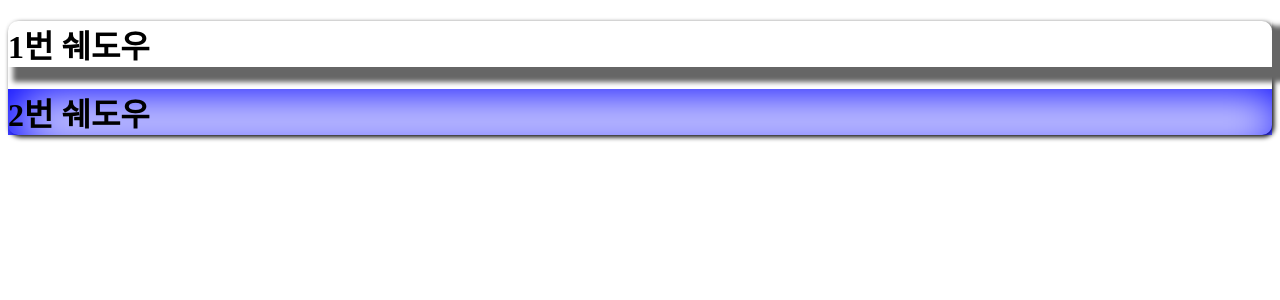
Repository: KimHeonSeung/TJE_HTML
Page: sources/day_04/WebContent/boxshadow.html
These files come from the project's save history. The page is drawn as it stood at one moment and after the next save; the edit follows.
The browser window is 1280 px wide. The pictures show the whole page.

Above is the page before, as saved 2019-05-15 01:49:09.

After the next save:
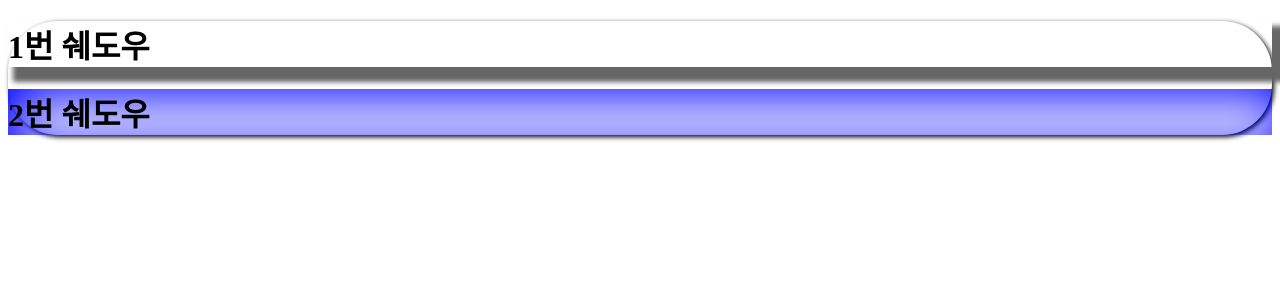
Saved 19 s later.
--- a/sources/day_04/WebContent/boxshadow.html
+++ b/sources/day_04/WebContent/boxshadow.html
@@ -14,7 +14,7 @@
 
 div {
 	box-shadow: 2px 2px 5px 0 black;
-	border-radius: 10px;
+	border-radius: 50px;
 }
 </style>
 
